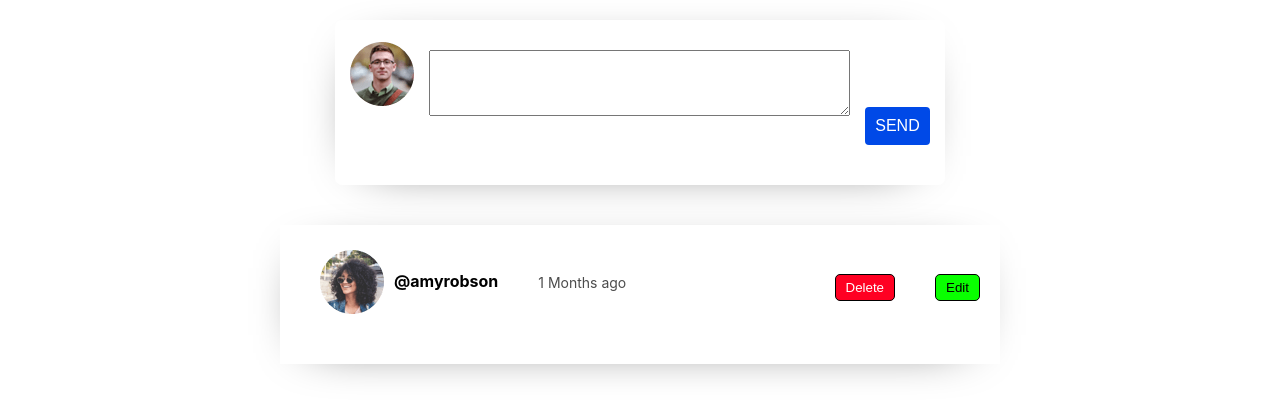
Repository: badhon252/interactive-comments-section
Page: /
The author's editor kept a copy of each file at every save. The page is drawn from the files as they stood at one save, then again after a run of saves.
The browser window is 1280 px wide. The pictures show the whole page.
The project was rebuilt for these pictures with package versions that can differ from the ones it lists, and the page was loaded fresh each time.

Above is the page before, as saved 2022-01-27 23:40:39.

After the next 6 saves:
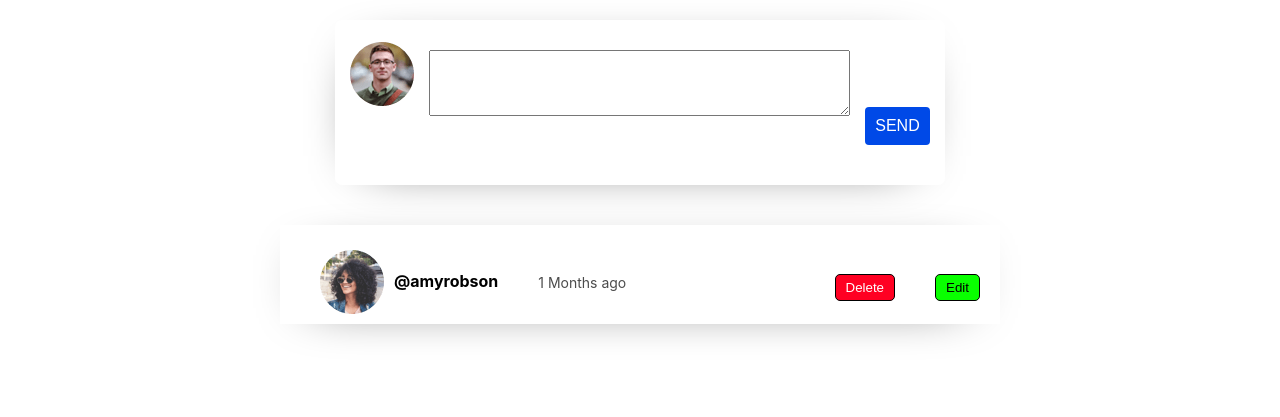
The 6 saves are shown as one change because 4 did not build or start and some came seconds apart.
The last was saved 26 min 20 s later.
--- a/src/components/WriteComments.js
+++ b/src/components/WriteComments.js
@@ -1,7 +1,9 @@
 import React, { useState } from "react";
 import "../App.css";
 import Avatar from "../images/avatars/image-juliusomo.png";
-import Comments from "./Comments";
+import avatar from "../images/avatars/image-amyrobson.png";
+// import Comments from "./Comments";
+
 export default function WriteComments() {
   const [input, setInput] = useState("");
   const [comment, setComment] = useState([]);
@@ -9,9 +11,11 @@ export default function WriteComments() {
   const handleSubmit = (e) => {
     e.preventDefault();
     setComment((e) => {
-      return [...e, input];
+      return [...e, comment];
     });
   };
+  const handleDelete = () => {};
+  const handleEdit = () => {};
 
   return (
     <div className="main-div">
@@ -33,7 +37,26 @@ export default function WriteComments() {
           <button className="submit-btn">SEND</button>
         </form>{" "}
       </div>
-      <Comments input={input} comments={comment} />
+
+      <div className="comments shadow">
+        <div className="profile-info">
+          <img src={avatar} alt="" className="random-img" />
+          <h4 className="name">@amyrobson</h4>
+          <span className="time"> 1 Months ago</span>
+          <div className="btn">
+            <button className="delete" onClick={handleDelete}>
+              Delete
+            </button>
+            <button className="edit" onClick={handleEdit}>
+              Edit
+            </button>
+          </div>
+        </div>
+
+        {comment.map((value) => {
+          return <p className="single-comment"> {value}</p>;
+        })}
+      </div>
     </div>
   );
 }
--- a/src/components/Comments.js
+++ b/src/components/Comments.js
@@ -25,7 +25,9 @@ const Comments = ({ comment }) => {
         </div>
       </div>
 
-      <p className="single-comment">{comment}</p>
+      {comment.map((value) => {
+        return <p className="single-comment"> {value}</p>;
+      })}
     </div>
   );
 };
